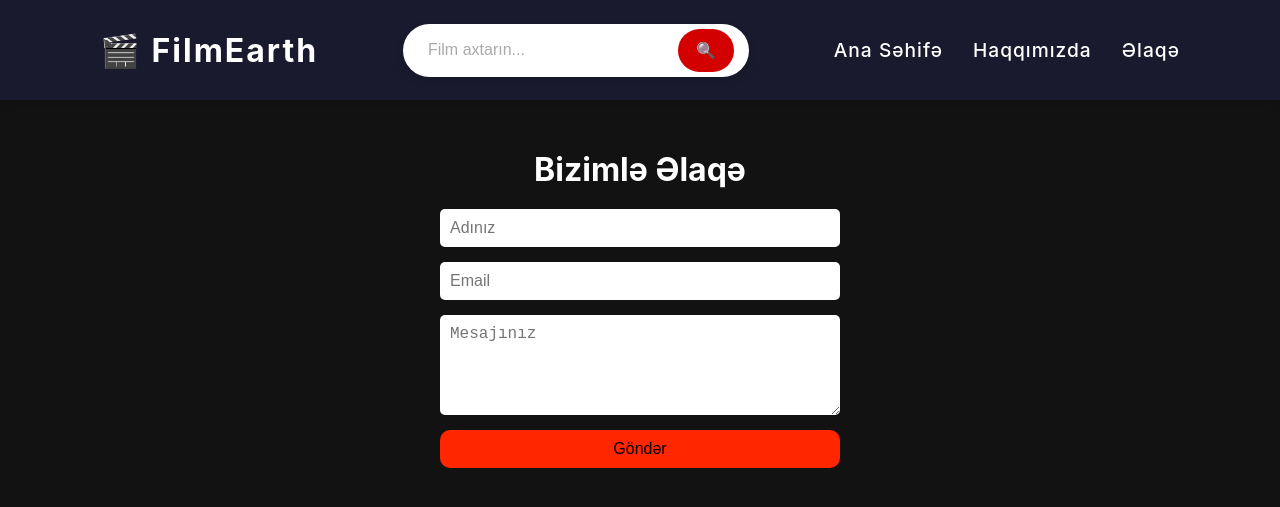
Repository: Zulfiyya077/InternIntelligence_MovieWebsite
Page: /contact
The author's editor kept a copy of each file at every save. The page is drawn from the files as they stood at one save, then again after the next save.
The browser window is 1280 px wide. The pictures show the whole page.
The project was rebuilt for these pictures with package versions that can differ from the ones it lists, and the page was loaded fresh each time. Also part of the build but not shown: vite.config.js, src/services/MovieService.jsx, src/components/MovieCard.module.css, src/components/MovieCard.jsx, src/pages/Home.module.css, src/pages/Home.jsx, src/pages/MovieDetailsPage.module.css, src/pages/MovieDetailsPage.jsx and 4 more.

Above is the page before, as saved 2025-02-24 02:35:47.

After the next save:
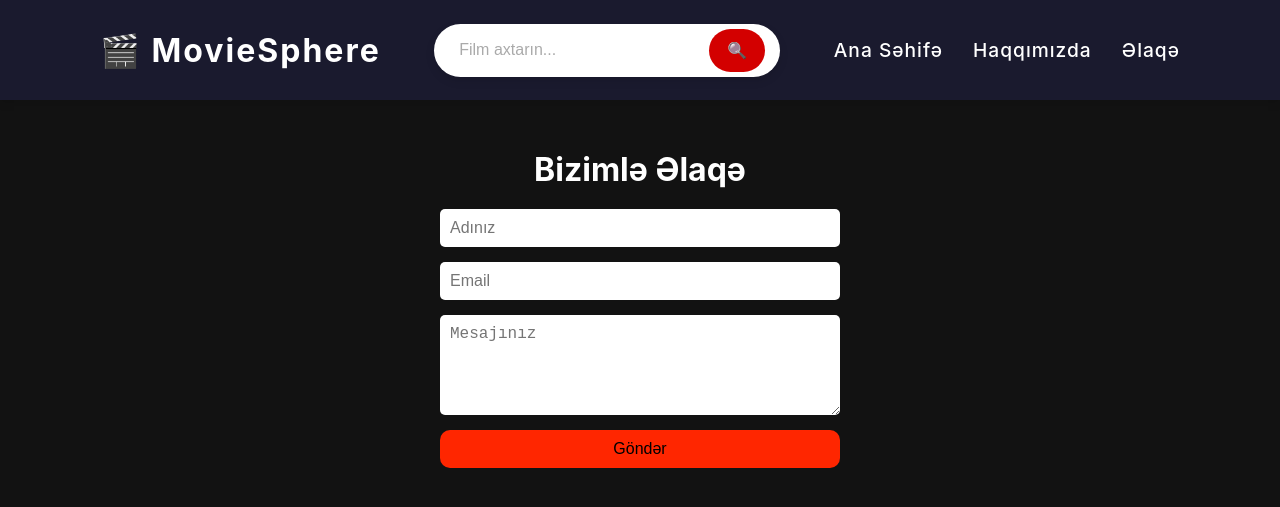
Saved 97 s later.
--- a/src/components/Navbar.jsx
+++ b/src/components/Navbar.jsx
@@ -7,7 +7,7 @@ const Navbar = () => {
     return (
         <nav className={styles.navbar}>
             <div className={styles.logo}>
-                <Link to="/">🎬 FilmEarth</Link>
+                <Link to="/">🎬 MovieSphere</Link>
             </div>
             <SearchBar />
             <ul className={styles.navLinks}>
